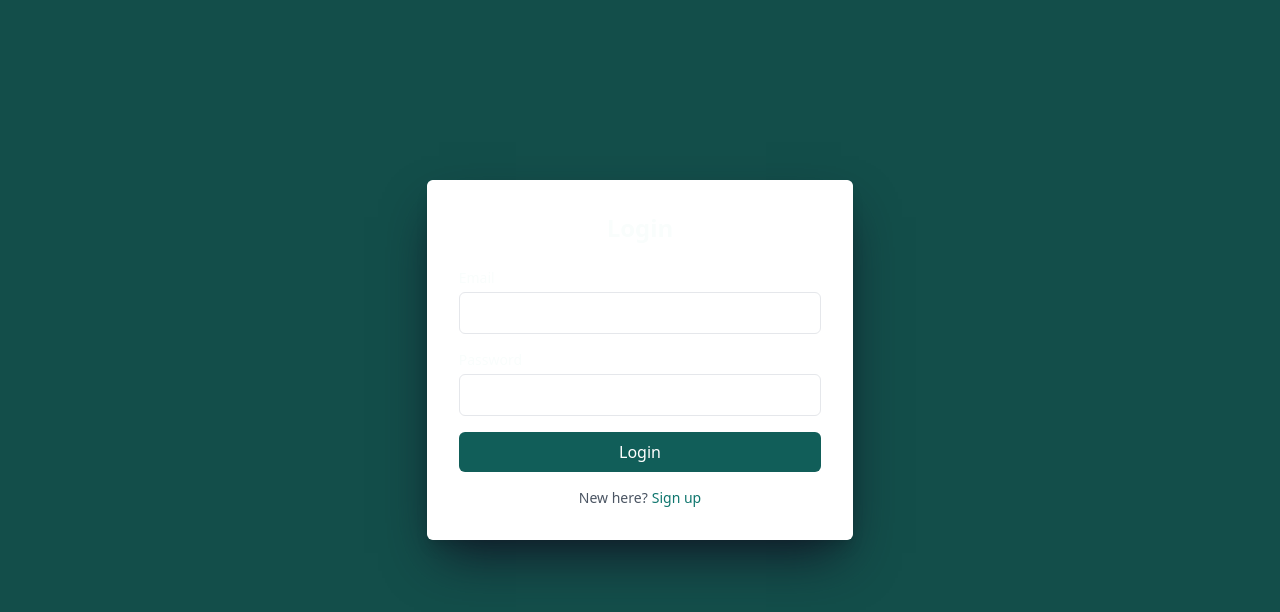
Repository: alizey12/POS-React-website
Page: /
The author's editor kept a copy of each file at every save. The page is drawn from the files as they stood at one save, then again after the next save.
The browser window is 1280 px wide. The pictures show the whole page.
The project was rebuilt for these pictures with package versions that can differ from the ones it lists, and the page was loaded fresh each time. Also part of the build but not shown: vite.config.js, src/navbar.jsx, src/sidebar.jsx, src/Dashboard.jsx.

Above is the page before, as saved 2025-01-12 18:44:15.

### src/App.jsx
import { BrowserRouter as Router, Routes, Route } from 'react-router-dom';
import LoginPage from "./login"
import Dashboard from './Dashboard';

function App() {
  return (
    <Router>
      <Routes>
        <Route path="/" element={<LoginPage />} />
        <Route path="/dashboard" element={<Dashboard />} />
      </Routes>
    </Router>
  );
}

export default App;

### src/login.jsx
import { useState } from 'react';
import toast, { Toaster } from 'react-hot-toast';
import { useNavigate } from 'react-router-dom';

const SignupLogin = () => {
  const [isLogin, setIsLogin] = useState(true);
  const [formData, setFormData] = useState({
    email: '',
    password: '',
    confirmPassword: '',
    Role:'',

  });

  const [errors, setErrors] = useState({});
  const [storedUser, setStoredUser] = useState(null);
  const navigate = useNavigate();

  const toggleForm = () => setIsLogin(!isLogin);

  const handleChange = (e) => {
    const { name, value } = e.target;
    setFormData({ ...formData, [name]: value });
    setErrors({ ...errors, [name]: '' }); // Clear error on change
  };

  const validateForm = () => {
    const newErrors = {};
    if (!formData.email) newErrors.email = 'Please enter email';
    if (!formData.password) newErrors.password = 'Please enter password';
    if (!formData.Role) newErrors.Role = 'Please enter Role';
    if (formData.Role && formData.Role.toLowerCase() !== 'cashier') {
      newErrors.Role = 'Role must be "Cashier"';
    }
    if (!isLogin && formData.password !== formData.confirmPassword) {
      newErrors.confirmPassword = 'Passwords do not match';
    }
    setErrors(newErrors);
    return Object.keys(newErrors).length === 0;
  };

  const handleSubmit = (e) => {
    e.preventDefault();
    if (!validateForm()) return;

    const { email, password } = formData;

    if (isLogin) {
      if (storedUser && email === storedUser.email && password === storedUser.password) {
        toast.success('Login successful!');
        setTimeout(() => navigate('/dashboard'), 1500);
      } else {
        toast.error('Your email or password is incorrect. Please try again.');
      }
    } else {
      setStoredUser({ email, password });
      toast.success('Signup successful!');
      setTimeout(() => setIsLogin(true), 1500);
    }
  };

  return (
    <div className="flex items-center justify-center min-h-screen bg-teal-900 to-yellow-500">
      <div className=" bg-white sm:w-auto md:w-1/3  shadow-lg rounded-lg">

        <div className="w-full bg-white rounded-md shadow-gray-900 shadow-2xl p-8 justify-center">
          <h2 className="text-2xl font-bold text-center ">
            {isLogin ? 'Login' : 'Sign Up'}
          </h2>
          <form onSubmit={handleSubmit} className="mt-6 space-y-4">
            <div>
              <label className="block text-sm font-medium ">Email</label>
              <input
                type="email"
                name="email"
                value={formData.email}
                onChange={handleChange}
                className="mt-1 block w-full p-2 border rounded-md focus:outline-none focus:ring-blue-500 focus:border-blue-500"
              />
              {errors.email && <p className="text-red-500 text-sm mt-1">{errors.email}</p>}
            </div>
            <div>
              <label className="block text-sm font-medium ">Password</label>
              <input
                type="password"
                name="password"
                value={formData.password}
                onChange={handleChange}
                className="mt-1 block w-full p-2 border rounded-md focus:outline-none focus:ring-blue-500 focus:border-blue-500"
              />
              {errors.password && <p className="text-red-500 text-sm mt-1">{errors.password}</p>}
            </div>
            {!isLogin && (
              <><div>
                <label className="block text-sm font-medium ">Confirm Password</label>
                <input
                  type="password"
                  name="confirmPassword"
                  value={formData.confirmPassword}
                  onChange={handleChange}
                  className="mt-1 block w-full p-2 border rounded-md focus:outline-none focus:ring-blue-500 focus:border-blue-500" />
                {errors.confirmPassword && <p className="text-red-500 text-sm mt-1">{errors.confirmPassword}</p>}
              </div><div>
                  <label className="block text-sm font-medium "> Role</label>
                  <input
                    type="Role"
                    name="Role"
                    value={formData.Role}
                    onChange={handleChange}
                    className="mt-1 block w-full p-2 border rounded-md focus:outline-none focus:ring-blue-500 focus:border-blue-500" />
                  {errors.Role && <p className="text-red-500 text-sm mt-1">{errors.Role}</p>}
                </div></>
            )}
            <button
              type="submit"
              className="w-full bg-teal-800 text-white p-2 rounded-md hover:bg-teal-600 focus:outline-none focus:ring-2 focus:ring-blue-500 focus:ring-offset-2"
            >
              {isLogin ? 'Login' : 'Sign Up'}
            </button>
          </form>
          <p className="text-center text-sm text-gray-600 mt-4">
            {isLogin ? 'New here?' : 'Already have an account?'}
            <button
              type="button"
              onClick={toggleForm}
              className="ml-1 text-teal-700 hover:underline"
            >
              {isLogin ? 'Sign up' : 'Login'}
            </button>
          </p>
        </div>
      </div>
      <Toaster />
    </div>
  );
};

export default SignupLogin;

### src/App.css
/* Light Mode */
:root {
  --sidebar-bg: #d3d3d3; /* Light gray for sidebar and navbar */
  --navbar-bg: #d3d3d3; /* Light gray for navbar */
  --text-color: #f9fdfc; /* Black text and icons */
  --main-bg: #ffffff; /* White background for main content */
  --primary-light: #f4f4f4; /* Optional subtle light background */
  --secondary: #555; /* Secondary text color for light mode */
}

/* Dark Mode */
[data-theme='dark'] {
  --sidebar-bg: #144641; /* Black for sidebar and navbar */
  --navbar-bg: #000000; /* Black for navbar */
  --text-color: #ffffff; /* White text and icons */
  --main-bg: #5f5f5f; /* Dark gray for main content */
  --primary-dark: #1a1a1a; /* Slightly lighter black for body background */
  --secondary-dark: #b0b0b0; /* Gray for secondary text in dark mode */
}

/* General Styles */
body {
  background-color: var(--primary-light);
  color: var(--text-color);
  transition: background-color 0.3s, color 0.3s;
}

[data-theme='dark'] body {
  background-color: var(--primary-dark);
}

.sidebar {
  background-color: var(--sidebar-bg);
  color: var(--text-color);
  transition: background-color 0.3s, color 0.3s;
}

.navbar {
  background-color: var(--navbar-bg);
  color: var(--text-color);
  transition: background-color 0.3s, color 0.3s;
}

main {
  background-color: var(--main-bg);
  color: var(--text-color);
  transition: background-color 0.3s, color 0.3s;
}

button {
  cursor: pointer;
  color: var(--text-color);
  transition: color 0.3s;
}

Loaded but not shown: index.html (common file); src/main.jsx (common file); src/index.css (common file); tailwind.config.js (common file)

After the next save:
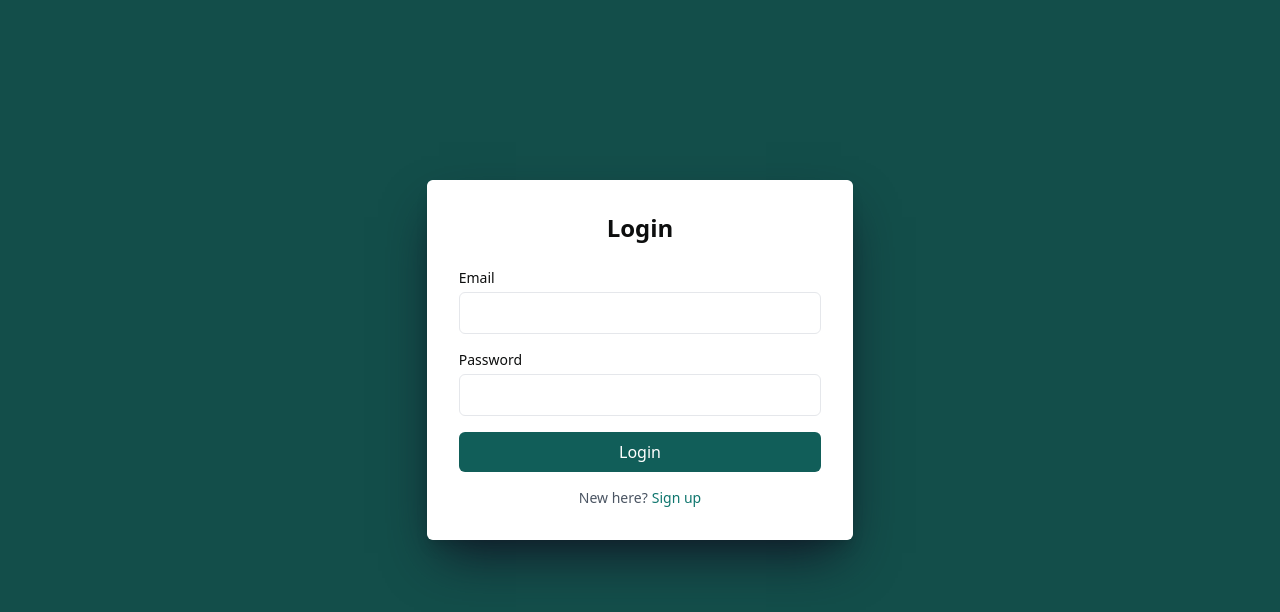
Saved 15 s later.
--- a/src/App.css
+++ b/src/App.css
@@ -2,7 +2,7 @@
 :root {
   --sidebar-bg: #d3d3d3; /* Light gray for sidebar and navbar */
   --navbar-bg: #d3d3d3; /* Light gray for navbar */
-  --text-color: #f9fdfc; /* Black text and icons */
+  --text-color: #0d0e0e; /* Black text and icons */
   --main-bg: #ffffff; /* White background for main content */
   --primary-light: #f4f4f4; /* Optional subtle light background */
   --secondary: #555; /* Secondary text color for light mode */
